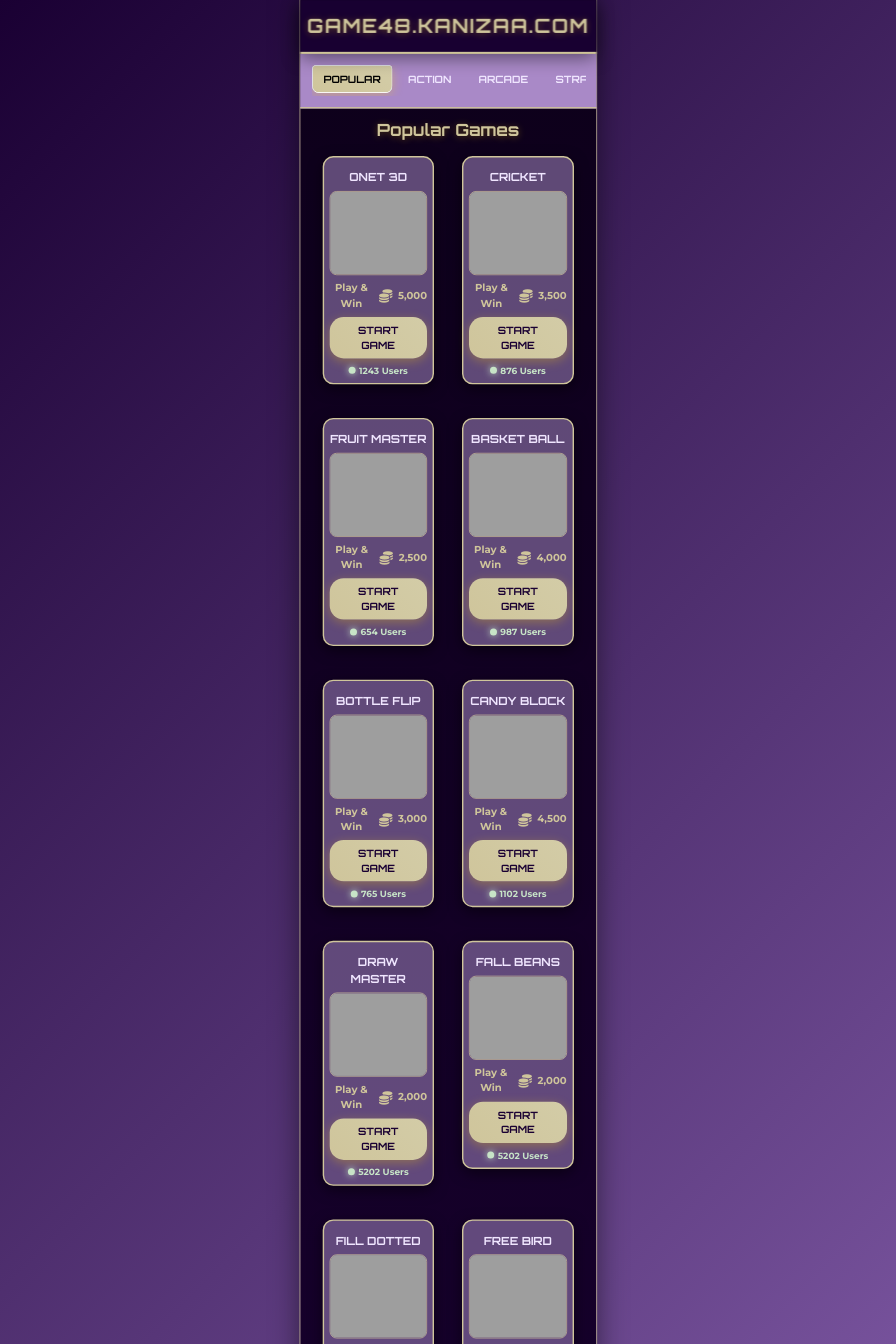
Repository: meenadabhii/game36.indianewjobs.in
Page: game.html
The author's editor kept a copy of each file at every save. The page is drawn from the files as they stood at one save, then again after the next save.
The browser window is 1280 px wide. The pictures show the part of the page from y = 0 to 1920 px (the page is 2978 px tall), at 70% of full size.
Pictures or frames that could not be fetched are drawn as grey boxes.

Above is the page before, as saved 2025-09-24 13:50:16.

### game.html
<!DOCTYPE html>
<html lang="en">

<head>
  <meta charset="UTF-8">
  <meta name="viewport" content="width=device-width, initial-scale=1.0">
  <title>GameZone - game48.kanizaa.com</title>
  <link href="https://cdn.jsdelivr.net/npm/bootstrap@5.3.0/dist/css/bootstrap.min.css" rel="stylesheet">
  <link rel="stylesheet" href="https://cdnjs.cloudflare.com/ajax/libs/font-awesome/6.0.0/css/all.min.css">
  <link
    href="https://fonts.googleapis.com/css2?family=Montserrat:wght@400;700;900&family=Orbitron:wght@400;700&display=swap"
    rel="stylesheet">
  <script async src="https://securepubads.g.doubleclick.net/tag/js/gpt.js" crossorigin="anonymous"></script>



  <style>
    :root {
      --primary-dark: #1a0033;
      --primary-medium: #946cbd;
      --primary-light: #bf9fdf;
      --accent-gold: #cfc59b;
      --accent-light: #d3cca7;
      --text-light: #f0e6ff;
      --text-dark: #1a0033;
      --shadow-dark: rgba(0, 0, 0, 0.5);
      --shadow-light: rgba(255, 204, 0, 0.3);
    }

    body {
      background: linear-gradient(135deg, var(--primary-dark) 0%, var(--primary-medium) 100%);
      min-height: 100vh;
      display: flex;
      flex-direction: column;
      align-items: center;
      font-family: 'Montserrat', sans-serif;
      margin: 0;
      padding: 0;
      width: 100%;
      overflow-x: hidden;
      color: var(--text-light);
    }

    .page-wrapper {
      width: 100%;
      max-width: 425px;
      margin: 0 auto;
      background: linear-gradient(180deg, #0d001a 0%, #1a0033 100%);
      min-height: 100vh;
      display: flex;
      flex-direction: column;
      align-items: center;
      box-shadow: 0 0 40px var(--shadow-dark);
      border-left: 1px solid var(--accent-gold);
      border-right: 1px solid var(--accent-gold);
    }

    .header {
      background: rgba(26, 0, 51, 0.95);
      backdrop-filter: blur(15px);
      width: 100%;
      padding: 1rem 0;
      box-shadow: 0 5px 25px var(--shadow-dark);
      position: sticky;
      top: 0;
      z-index: 1000;
      display: flex;
      justify-content: center;
      border-bottom: 3px solid var(--accent-gold);
    }

    .header-content {
      width: 100%;
      max-width: 425px;
      margin: 0 auto;
      display: flex;
      align-items: center;
      justify-content: center;
      padding: 0 1.5rem;
    }

    .logo {
      font-size: 1.75rem;
      font-weight: 900;
      color: var(--accent-gold);
      text-decoration: none;
      text-transform: uppercase;
      letter-spacing: 2px;
      text-shadow: 0 2px 10px var(--shadow-light);
      transition: all 0.3s ease;
      font-family: 'Orbitron', sans-serif;
    }

    .logo:hover {
      color: var(--accent-light);
      text-shadow: 0 4px 20px var(--shadow-light);
    }

    .logo img {
      height: 50px;
      width: auto;
      display: block;
    }

    #banner-ad {
      width: 100%;
      max-width: 425px;
      margin: 1rem auto 0.5rem;
      padding: 0.5rem;
      background: rgba(177, 142, 211, 0.7);
      box-shadow: 0 4px 15px var(--shadow-dark);
      border-radius: 8px;
      position: relative;
      text-align: center;
      border: 1px solid var(--accent-gold);
    }

    #banner-ad::before {
      content: "Advertisement";
      position: absolute;
      top: -15px;
      left: 50%;
      transform: translateX(-50%);
      font-size: 0.7rem;
      font-weight: 500;
      color: var(--accent-gold);
      background: var(--primary-dark);
      padding: 0 8px;
      border-radius: 4px;
      border: 1px solid var(--accent-gold);
    }

    .tabs-container {
      width: 100%;
      max-width: 425px;
      padding: 1rem;
      background: rgba(178, 145, 209, 0.95);
      border-bottom: 2px solid var(--accent-gold);
    }

    .nav-tabs {
      display: flex;
      flex-wrap: nowrap;
      overflow-x: auto;
      border-bottom: none;
      padding-bottom: 5px;
    }

    .nav-link {
      color: var(--text-light);
      font-weight: 700;
      text-transform: uppercase;
      padding: 0.5rem 1rem;
      border-radius: 10px;
      transition: all 0.3s ease;
      font-size: 0.9rem;
      white-space: nowrap;
      margin-right: 5px;
      font-family: 'Orbitron', sans-serif;
    }

    .nav-link:hover,
    .nav-link.active {
      background: linear-gradient(45deg, var(--accent-gold), var(--accent-light));
      color: var(--text-dark);
      box-shadow: 0 4px 15px var(--shadow-light);
    }

    .tab-content {
      width: 100%;
      max-width: 425px;
      padding: 1rem;
      display: none;
    }

    .tab-content.active {
      display: block;
    }

    .category-title {
      font-size: 1.5rem;
      font-weight: 900;
      color: var(--accent-gold);
      text-align: center;
      margin-bottom: 1rem;
      text-shadow: 0 2px 10px var(--shadow-light);
      font-family: 'Orbitron', sans-serif;
    }

    .game-card {
      background: rgba(176, 145, 207, 0.5);
      border-radius: 15px;
      padding: 0.5rem;
      text-align: center;
      transition: all 0.3s ease;
      box-shadow: 0 6px 20px var(--shadow-dark);
      border: 2px solid var(--accent-gold);
      text-decoration: none;
      color: var(--text-light);
      display: flex;
      flex-direction: column;
      align-items: center;
      margin-bottom: 1rem;
    }

    .game-card:hover {
      transform: translateY(-5px);
      box-shadow: 0 10px 30px var(--shadow-light);
      background: rgba(172, 143, 201, 0.8);
    }

    .game-card img {
      width: 100%;
      height: 120px;
      object-fit: cover;
      border-radius: 10px;
      margin-bottom: 0.5rem;
      border: 1px solid var(--accent-gold);
    }

    .game-card .game-title {
      font-size: 1rem;
      font-weight: 700;
      margin: 0.5rem 0;
      text-transform: uppercase;
      font-family: 'Orbitron', sans-serif;
    }

    .game-card .play-win {
      display: flex;
      align-items: center;
      gap: 8px;
      font-size: 0.9rem;
      font-weight: 600;
      color: var(--text-light);
      margin-bottom: 0.5rem;
    }

    .game-card .play-win i {
      color: var(--accent-gold);
      font-size: 1.2rem;
    }

    .game-card .play-win span {
      color: var(--accent-gold);
      font-weight: 700;
    }

    .game-card .start-game {
      background: linear-gradient(45deg, var(--accent-gold), var(--accent-light));
      color: var(--text-dark);
      border: none;
      border-radius: 20px;
      padding: 0.5rem 1rem;
      font-size: 0.9rem;
      font-weight: 700;
      text-transform: uppercase;
      margin-bottom: 0.5rem;
      transition: all 0.3s ease;
      box-shadow: 0 4px 15px var(--shadow-light);
      font-family: 'Orbitron', sans-serif;
    }

    .game-card .start-game:hover {
      background: linear-gradient(45deg, var(--accent-light), #ffee99);
      transform: translateY(-2px);
      box-shadow: 0 6px 20px var(--shadow-light);
    }

    .game-card .live-users {
      display: flex;
      align-items: center;
      gap: 5px;
      font-size: 0.8rem;
      font-weight: 600;
      color: #c7e4c7;
    }

    .game-card .live-users::before {
      content: '';
      width: 10px;
      height: 10px;
      background: #c7e4c7;
      border-radius: 50%;
      display: inline-block;
      box-shadow: 0 0 10px #c7e4c7;
    }

    .footer-links {
      width: 100%;
      text-align: center;
      padding: 1.5rem 0;
      border-top: 2px solid var(--accent-gold);
      margin-top: auto;
      background: rgba(181, 156, 204, 0.95);
    }

    .footer-links a {
      color: var(--accent-gold);
      text-decoration: none;
      margin: 0 15px;
      font-size: 0.95rem;
      transition: all 0.3s ease;
      display: inline-flex;
      align-items: center;
      gap: 6px;
      font-weight: 700;
      font-family: 'Orbitron', sans-serif;
    }

    .footer-links a:hover {
      color: var(--accent-light);
      transform: translateY(-3px);
      text-shadow: 0 0 10px var(--shadow-light);
    }

    .footer-links a i {
      font-size: 1.1rem;
    }

    .row {
      display: grid;
      grid-template-columns: repeat(2, 1fr);
      gap: 1rem;
      padding: 0 1rem;
    }

    /* Scrollbar styling */
    ::-webkit-scrollbar {
      height: 5px;
      width: 5px;
    }

    ::-webkit-scrollbar-track {
      background: var(--primary-dark);
    }

    ::-webkit-scrollbar-thumb {
      background: var(--accent-gold);
      border-radius: 10px;
    }

    ::-webkit-scrollbar-thumb:hover {
      background: var(--accent-light);
    }
  </style>


  <!-- Matomo -->
  <script>
    var _paq = window._paq = window._paq || [];
    /* tracker methods like "setCustomDimension" should be called before "trackPageView" */
    _paq.push(['trackPageView']);
    _paq.push(['enableLinkTracking']);
    (function () {
      var u = "https://GameZone.matomo.cloud/";
      _paq.push(['setTrackerUrl', u + 'matomo.php']);
      _paq.push(['setSiteId', '1']);
      var d = document, g = d.createElement('script'), s = d.getElementsByTagName('script')[0];
      g.async = true; g.src = 'https://cdn.matomo.cloud/GameZone.matomo.cloud/matomo.js'; s.parentNode.insertBefore(g, s);
    })();
  </script>
  <!-- End Matomo Code -->


  <!-- Google tag (gtag.js) -->



</head>
<body oncontextmenu="return false" onkeydown="return disableKeys(event)" onselectstart="return false">
  <!-- Copyright Notice -->
  <script>
    console.log(" 2025 game48.kanizaa.com All rights reserved.");
  </script>

  <div class="page-wrapper">
    <!-- Header -->
    <header class="header">
      <div class="header-content">
        <a href="#" class="logo">
          game48.kanizaa.com        </a>
      </div>
    </header>
  <!-- Banner Ad -->
   <script async src="https://pagead2.googlesyndication.com/pagead/js/adsbygoogle.js?client=ca-pub-2975369621338818"
     crossorigin="anonymous"></script>
<!-- d3 -->
<ins class="adsbygoogle"
     style="display:block"
     data-ad-client="ca-pub-2975369621338818"
     data-ad-slot="8334719076"
     data-ad-format="auto"
     data-full-width-responsive="true"></ins>
<script>
     (adsbygoogle = window.adsbygoogle || []).push({});
</script>


    <!-- Tabs -->
    <div class="tabs-container">
      <ul class="nav nav-tabs">
        <li class="nav-item">
          <a class="nav-link active" href="#" onclick="openTab('popular')">Popular</a>
        </li>
        <li class="nav-item">
          <a class="nav-link" href="#" onclick="openTab('action')">Action</a>
        </li>
        <li class="nav-item">
          <a class="nav-link" href="#" onclick="openTab('arcade')">Arcade</a>
        </li>
        <li class="nav-item">
          <a class="nav-link" href="#" onclick="openTab('strategy')">Strategy</a>
        </li>
        <li class="nav-item">
          <a class="nav-link" href="#" onclick="openTab('adventure')">Adventure</a>
        </li>
        <li class="nav-item">
          <a class="nav-link" href="#" onclick="openTab('puzzle')">Puzzle</a>
        </li>
        <li class="nav-item">
          <a class="nav-link" href="#" onclick="openTab('sports')">Sports</a>
        </li>
      </ul>
    </div>

    <!-- Tab Content -->
    <div id="popular" class="tab-content active">
      <h2 class="category-title">Popular Games</h2>
      <div class="row" id="popular-games"></div>
    </div>

    <div id="action" class="tab-content">
      <h2 class="category-title">Action Games</h2>
      <div class="row" id="action-games"></div>
    </div>

    <div id="arcade" class="tab-content">
      <h2 class="category-title">Arcade Games</h2>
      <div class="row" id="arcade-games"></div>
    </div>

    <div id="strategy" class="tab-content">
      <h2 class="category-title">Strategy Games</h2>
      <div class="row" id="strategy-games"></div>
    </div>

    <div id="adventure" class="tab-content">
      <h2 class="category-title">Adventure Games</h2>
      <div class="row" id="adventure-games"></div>
    </div>

    <div id="puzzle" class="tab-content">
      <h2 class="category-title">Puzzle Games</h2>
      <div class="row" id="puzzle-games"></div>
    </div>

    <div id="sports" class="tab-content">
      <h2 class="category-title">Sports Games</h2>
      <div class="row" id="sports-games"></div>
    </div>

    <script async src="https://pagead2.googlesyndication.com/pagead/js/adsbygoogle.js?client=ca-pub-2975369621338818"
     crossorigin="anonymous"></script>
<!-- d4 -->
<ins class="adsbygoogle"
     style="display:block"
     data-ad-client="ca-pub-2975369621338818"
     data-ad-slot="1769310723"
     data-ad-format="auto"
     data-full-width-responsive="true"></ins>
<script>
     (adsbygoogle = window.adsbygoogle || []).push({});
</script>

    <!-- Footer -->
    <div class="footer-links">
      <a href="game.html"><i class="fas fa-gamepad"></i> Games</a>
      <a href="about.html"><i class="fas fa-circle-info"></i> About</a>
      <a href="support.html"><i class="fas fa-headset"></i> Support</a>
      <a href="privacy.html"><i class="fas fa-shield-alt"></i> Privacy</a>
    </div>
  </div>
  <!-- Banner Ad -->

  <!-- Scripts -->
  <script src="https://cdn.jsdelivr.net/npm/bootstrap@5.3.0/dist/js/bootstrap.bundle.min.js"></script>
  <script>
    // Disable right-click
    document.addEventListener('contextmenu', function (e) {
      e.preventDefault();
      alert('Right-click is disabled to protect our content.');
    });



        // Disable right-click
        document.addEventListener('contextmenu', function (e) {
            e.preventDefault();
            alert('Right-click is disabled to protect our content.');
        });

        // Disable keyboard shortcuts
        document.onkeydown = function (e) {
            if (
                (e.ctrlKey && (e.key === 'u' || e.key === 's' || e.key === 'c' || e.key === 'i' || e.key === 'j')) ||
                e.key === 'F12' ||
                (e.metaKey && e.altKey && e.key === 'i')
            ) {
                e.preventDefault();
                alert('Access to developer tools and source code is disabled to protect our content.');
                return false;
            }
            return true;
        };

        // Disable text selection
        document.addEventListener('selectstart', function (e) {
            e.preventDefault();
        });

        // Disable drag and drop
        document.addEventListener('dragstart', function (e) {
            e.preventDefault();
        });





    // Disable keyboard shortcuts (Ctrl+U, Ctrl+Shift+I, F12, etc.)
    function disableKeys(e) {
      if (
        (e.ctrlKey && (e.key === 'u' || e.key === 's' || e.key === 'c' || e.key === 'i' || e.key === 'j')) ||
        e.key === 'F12' ||
        (e.metaKey && e.altKey && e.key === 'i')
      ) {
        e.preventDefault();
        alert('Access to developer tools and source code is disabled to protect our content.');
        return false;
      }
      return true;
    }

    // Disable text selection
    document.addEventListener('selectstart', function (e) {
      e.preventDefault();
    });

    // Disable drag and drop
    document.addEventListener('dragstart', function (e) {
      e.preventDefault();
    });

    // Tab switching function
    function openTab(tabName) {
      var i, tabcontent, tablinks;
      tabcontent = document.getElementsByClassName("tab-content");
      for (i = 0; i < tabcontent.length; i++) {
        tabcontent[i].classList.remove("active");
      }
      tablinks = document.getElementsByClassName("nav-link");
      for (i = 0; i < tablinks.length; i++) {
        tablinks[i].classList.remove("active");
      }
      document.getElementById(tabName).classList.add("active");
      event.currentTarget.classList.add("active");
    }

    // Sample games data (in a real app, this would come from an API)
    const sampleGames = [
      {
        name: "Onet 3D",
        thumbnail: "https://universalspace.blr1.digitaloceanspaces.com/games/onet-3d/thumb_1.jpg",
        coins: 5000,
        live_users: 1243,
        categories: ["popular", "action"]
      },
      {
        name: "Cricket",
        thumbnail: "https://universalspace.blr1.digitaloceanspaces.com/games/Cricket/512.png",
        coins: 3500,
        live_users: 876,
        categories: ["popular", "adventure"]
      },
      {
        name: "Fruit Master",
        thumbnail: "https://universalspace.blr1.digitaloceanspaces.com/games/FruitMaster/thumb_1.jpg",
        coins: 2500,
        live_users: 654,
        categories: ["popular", "puzzle"]
      },
      {
        name: "Basket Ball",
        thumbnail: "https://universalspace.blr1.digitaloceanspaces.com/games/basketball-challenge/thumb_1.jpg",
        coins: 4000,
        live_users: 987,
        categories: ["popular", "sports"]
      },
      {
        name: "Bottle Flip",
        thumbnail: "https://universalspace.blr1.digitaloceanspaces.com/games/bottle-flip/thumb_1.png",
        coins: 3000,
        live_users: 765,
        categories: ["arcade", "action", "popular"]
      },
      {
        name: "Candy Block",
        thumbnail: "https://universalspace.blr1.digitaloceanspaces.com/games/candy-blocks/thumb_1.jpg",
        coins: 4500,
        live_users: 1102,
        categories: ["strategy", "popular"]
      },
      {
        name: "Draw Master",
        thumbnail: "https://universalspace.blr1.digitaloceanspaces.com/games/drawmaster/thumb_1.jpg",
        coins: 2000,
        live_users: 5202,
        categories: ["strategy", "popular", "action"]
      },
      {
        name: "Fall Beans",
        thumbnail: "https://universalspace.blr1.digitaloceanspaces.com/games/fall-beans/thumb_1.png",
        coins: 2000,
        live_users: 5202,
        categories: ["popular", "puzzle"]
      },
      {
        name: "Fill Dotted",
        thumbnail: "https://universalspace.blr1.digitaloceanspaces.com/games/fill-dotted-/thumb_1.png",
        coins: 2000,
        live_users: 5202,
        categories: ["popular", "puzzle"]
      },
      {
        name: "Free Bird",
        thumbnail: "https://universalspace.blr1.digitaloceanspaces.com/games/free-bird/thumb_1.png",
        coins: 2000,
        live_users: 5202,
        categories: ["popular", "action", "adventure"]
      },
      {
        name: "Grab Pack",
        thumbnail: "https://universalspace.blr1.digitaloceanspaces.com/games/grab-pack/thumb_1.jpg",
        coins: 2000,
        live_users: 5202,
        categories: ["popular", "action", "arcade", "adventure"]
      },
      {
        name: "House Paint",
        thumbnail: "https://universalspace.blr1.digitaloceanspaces.com/games/house-paint/thumb_1.png",
        coins: 2000,
        live_users: 5202,
        categories: ["popular", "puzzle", "arcade", "adventure"]
      },
      {
        name: "Jewel Classic",
        thumbnail: "https://universalspace.blr1.digitaloceanspaces.com/games/jewel-classic/thumb_1.jpg",
        coins: 2000,
        live_users: 5202,
        categories: ["popular", "puzzle", "strategy"]
      },
    ];

    // Load games into categories
    function loadGames() {
      const categories = ['popular', 'action', 'arcade', 'strategy', 'adventure', 'puzzle', 'sports'];

      categories.forEach(category => {
        const container = document.getElementById(`${category}-games`);
        const filteredGames = sampleGames.filter(game => game.categories.includes(category));

        filteredGames.forEach(game => {
          const gameCard = `
            <div class="col my-2">
              <a href="game-details.html?cat=${category}&key=${game.name.toLowerCase().replace(/\s+/g, '-')}" class="game-card">
                <p class="game-title">${game.name}</p>
                <img src="${game.thumbnail}" alt="${game.name}" style="object-fit: cover;">
                <div class="play-win">
                  <span>Play & Win</span>
                  <i class="fas fa-coins"></i>
                  <span>${game.coins.toLocaleString()}</span>
                </div>
                <button class="start-game">Start Game</button>
                <div class="live-users">${game.live_users} Users</div>
              </a>
            </div>
          `;
          if (container) {
            container.innerHTML += gameCard;
          }
        });
      });
    }

    // Load games when page is ready
    document.addEventListener('DOMContentLoaded', loadGames);
  </script>





</body>

</html>

After the next save:
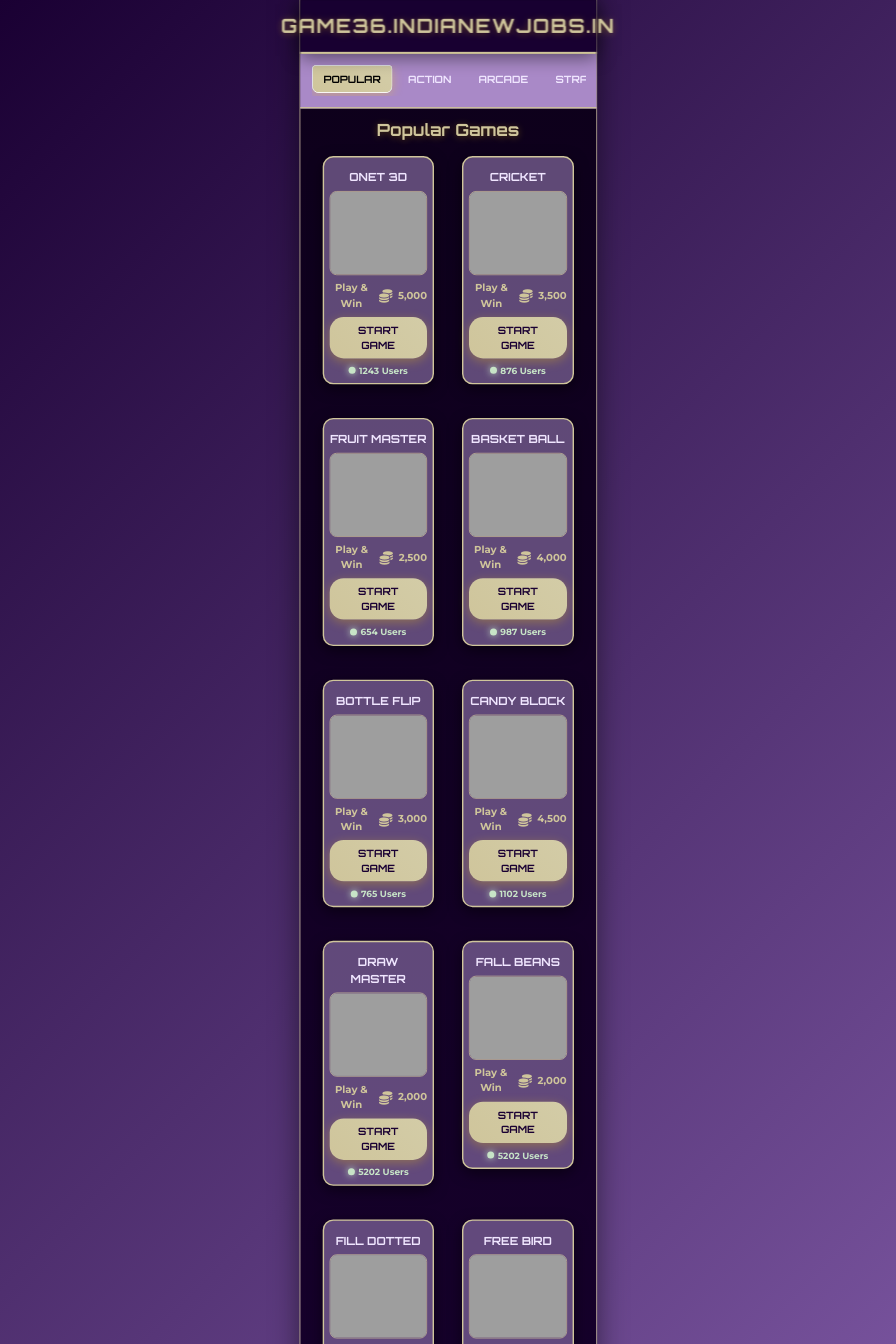
Saved 9 s later.
--- a/game.html
+++ b/game.html
@@ -4,7 +4,7 @@
 <head>
   <meta charset="UTF-8">
   <meta name="viewport" content="width=device-width, initial-scale=1.0">
-  <title>GameZone - game48.kanizaa.com</title>
+  <title>GameZone - game36.indianewjobs.in</title>
   <link href="https://cdn.jsdelivr.net/npm/bootstrap@5.3.0/dist/css/bootstrap.min.css" rel="stylesheet">
   <link rel="stylesheet" href="https://cdnjs.cloudflare.com/ajax/libs/font-awesome/6.0.0/css/all.min.css">
   <link
@@ -371,7 +371,7 @@
 <body oncontextmenu="return false" onkeydown="return disableKeys(event)" onselectstart="return false">
   <!-- Copyright Notice -->
   <script>
-    console.log(" 2025 game48.kanizaa.com All rights reserved.");
+    console.log(" 2025 game36.indianewjobs.in All rights reserved.");
   </script>
 
   <div class="page-wrapper">
@@ -379,7 +379,7 @@
     <header class="header">
       <div class="header-content">
         <a href="#" class="logo">
-          game48.kanizaa.com        </a>
+          game36.indianewjobs.in        </a>
       </div>
     </header>
   <!-- Banner Ad -->
